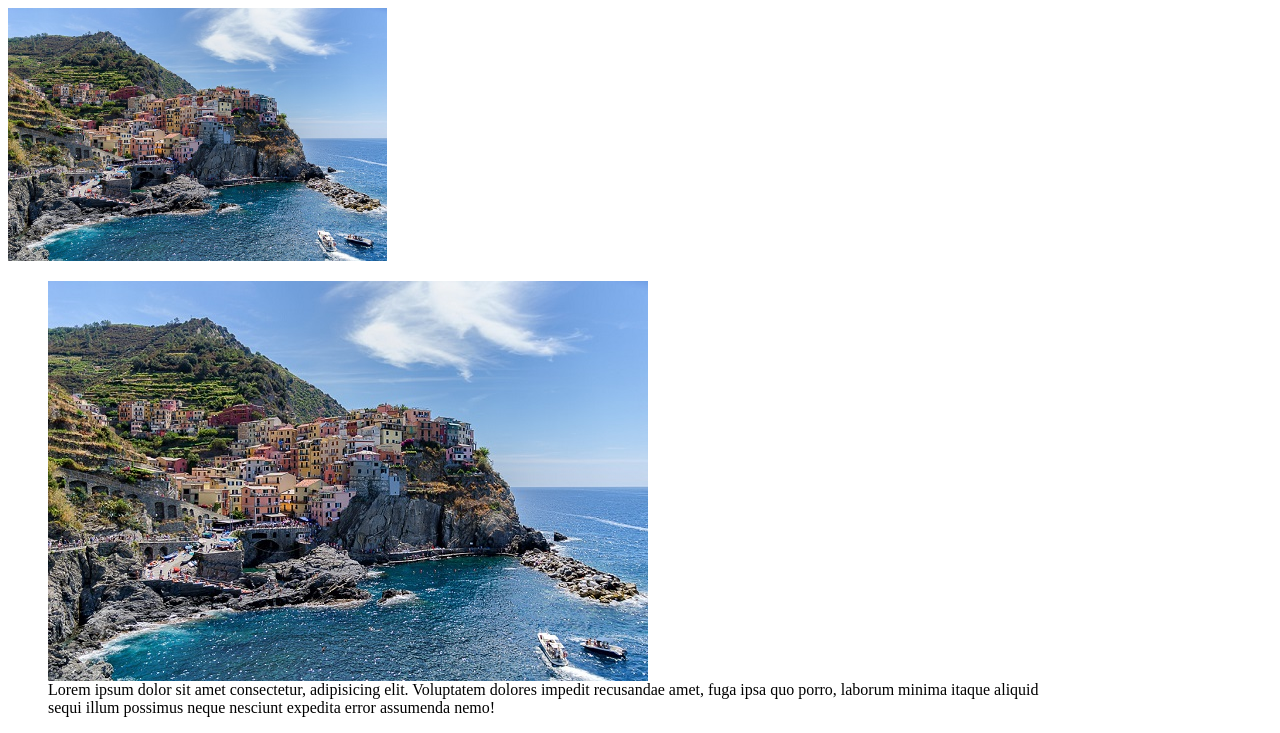
Repository: EmanuelUrbano/introducao_a_tecnologias
Page: 05_05_2022/dropdown_image/index.html
An editor plug-in stored every save of this project. The page is shown before and after the next save, followed by the edit.
The browser window is 1280 px wide. The pictures show the whole page.

Above is the page before, as saved 2022-05-10 00:03:33.

After the next save:
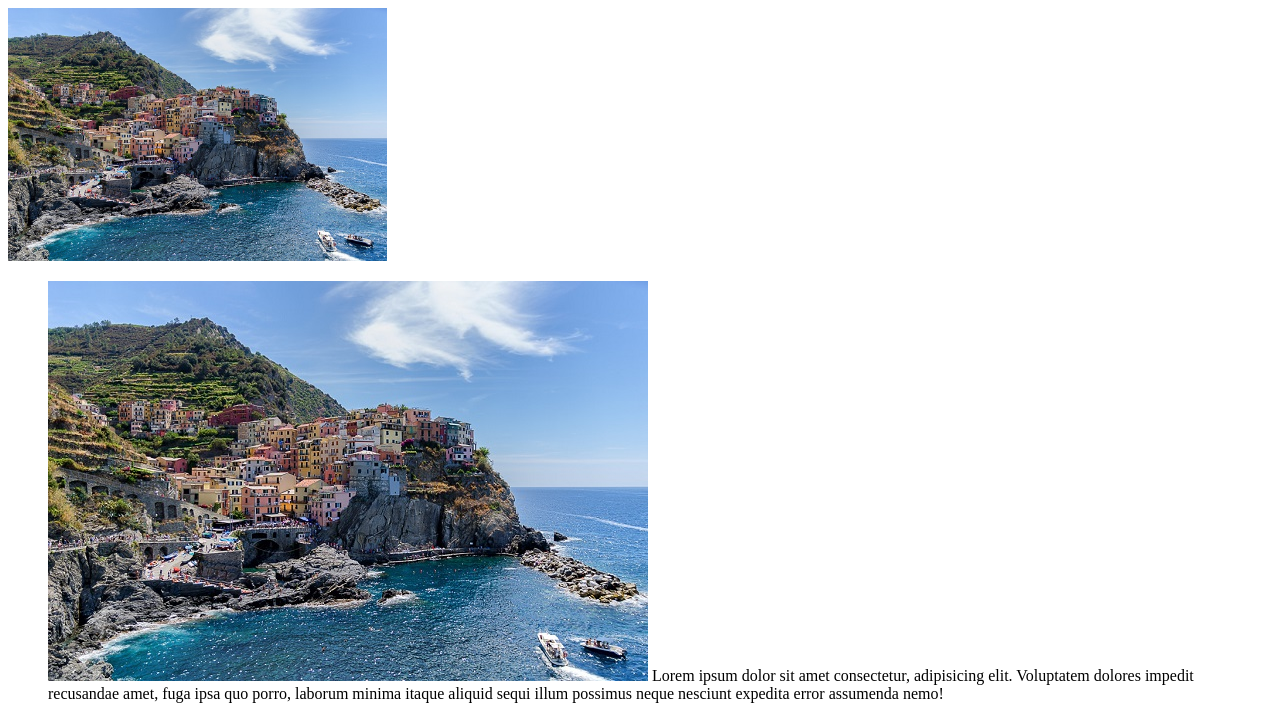
Saved 12 s later.
--- a/05_05_2022/dropdown_image/style.css
+++ b/05_05_2022/dropdown_image/style.css
@@ -3,14 +3,3 @@ img.imagem_pequena{
     height: auto;
     max-width: 30%;
 }
-
-figure.imagem_grande{
-    max-width: 80%;
-    height: auto;
-}
-
-figure.imagem_grande img{
-    display:block;
-    height: auto;
-    max-width: 100%;
-}
